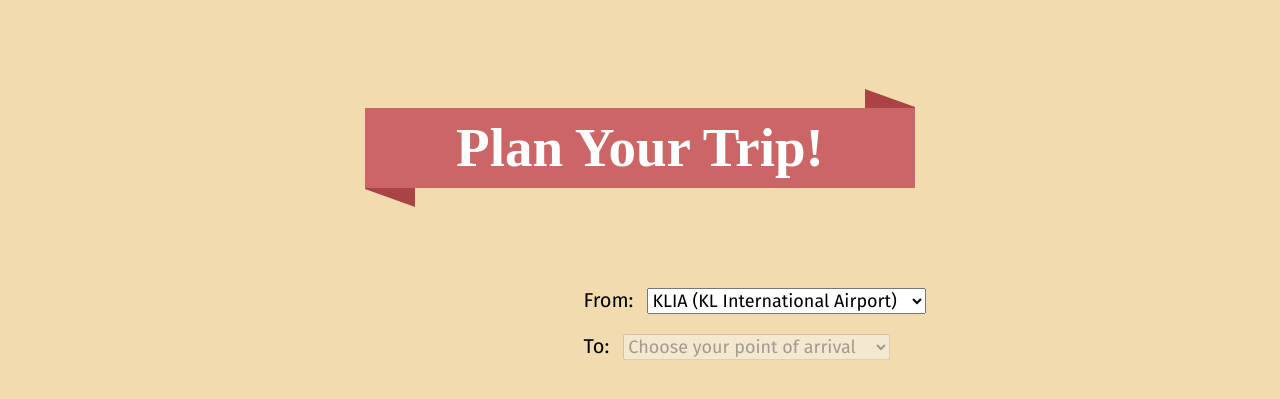
Repository: bbh0607/bae_dNation
Page: public/index.html
These files come from the project's save history. The page is drawn as it stood at one moment and after the next save; the edit follows.
The browser window is 1280 px wide. The pictures show the whole page.
After loading, the first visible `#fromSelect` was changed once.
Some web fonts or font styles are not loaded; a fallback is used.

Above is the page before, as saved 2020-02-01 15:50:15.

After the next save:
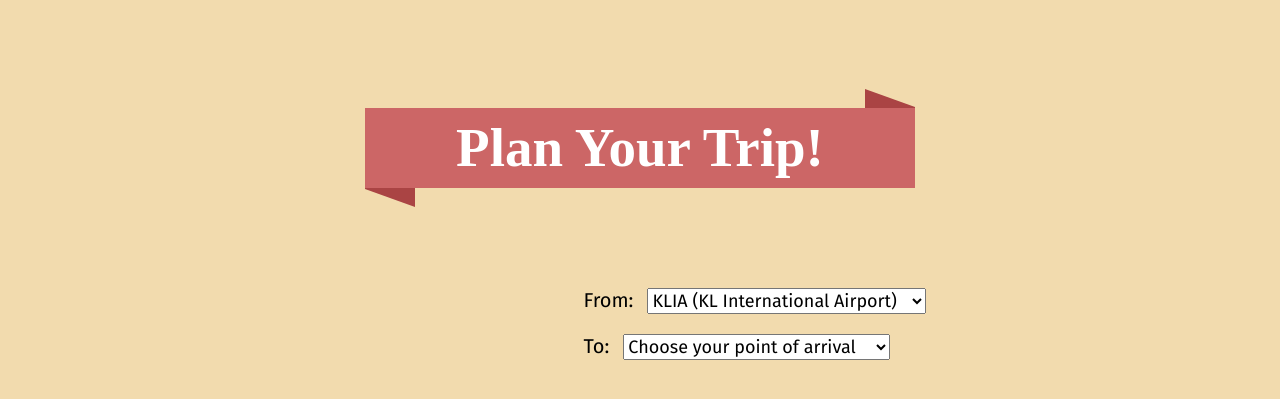
Saved 9 s later.
--- a/public/js/script.js
+++ b/public/js/script.js
@@ -7,6 +7,8 @@ function removeDuplicate(element) {
       changed.options[changed.selectedIndex].value ===
       compare.options[compare.selectedIndex].value
     ) compare.value="DEFAULT"
-    if (changed.options[changed.selectedIndex].value === "OTHER")
+    if (changed.options[changed.selectedIndex].value === "OTHER") {
+
+    }
     document.getElementById(comparisonId).disabled = false;
 }

After the save that followed:
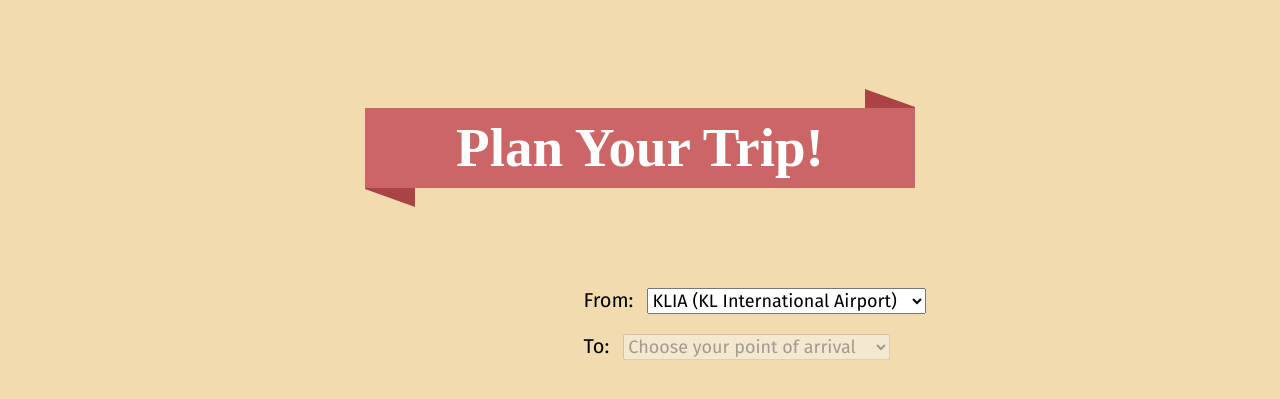
Console error: SyntaxError: Unexpected token 'const'
Saved 2 min 30 s later.
--- a/public/js/script.js
+++ b/public/js/script.js
@@ -1,6 +1,7 @@
 function removeDuplicate(element) {
     const changedId = element.id;
     const comparisonId = changedId == 'fromSelect'? 'toSelect': 'fromSelect';
+    const
     const changed = document.getElementById(changedId);
     const compare = document.getElementById(comparisonId)
     if (
